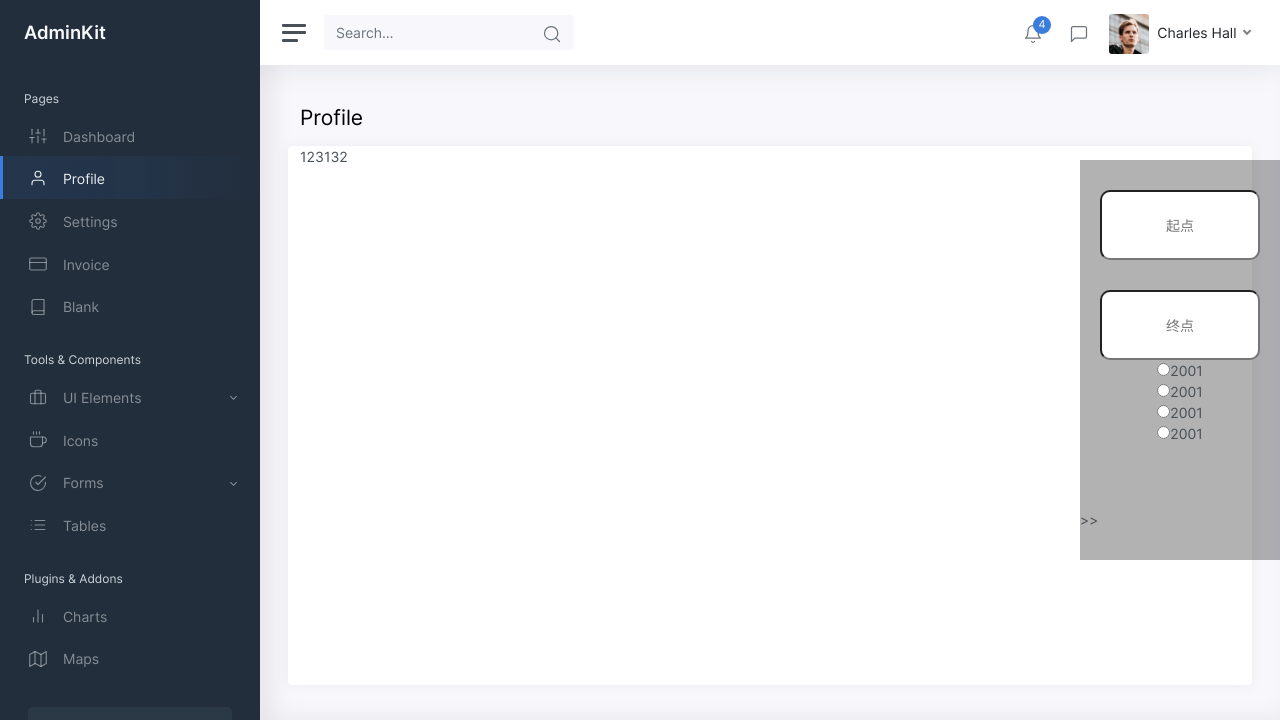
Repository: yuwei0922/WHURS-WGIS
Page: final_project/pages-profile.html
These files come from the project's save history. The page is drawn as it stood at one moment and after the next save; the edit follows.
The browser window is 1280 px wide. The pictures show the whole page.

Above is the page before, as saved 2022-12-21 21:05:00.
Not found: final_project/js/vendor.js

After the next save:
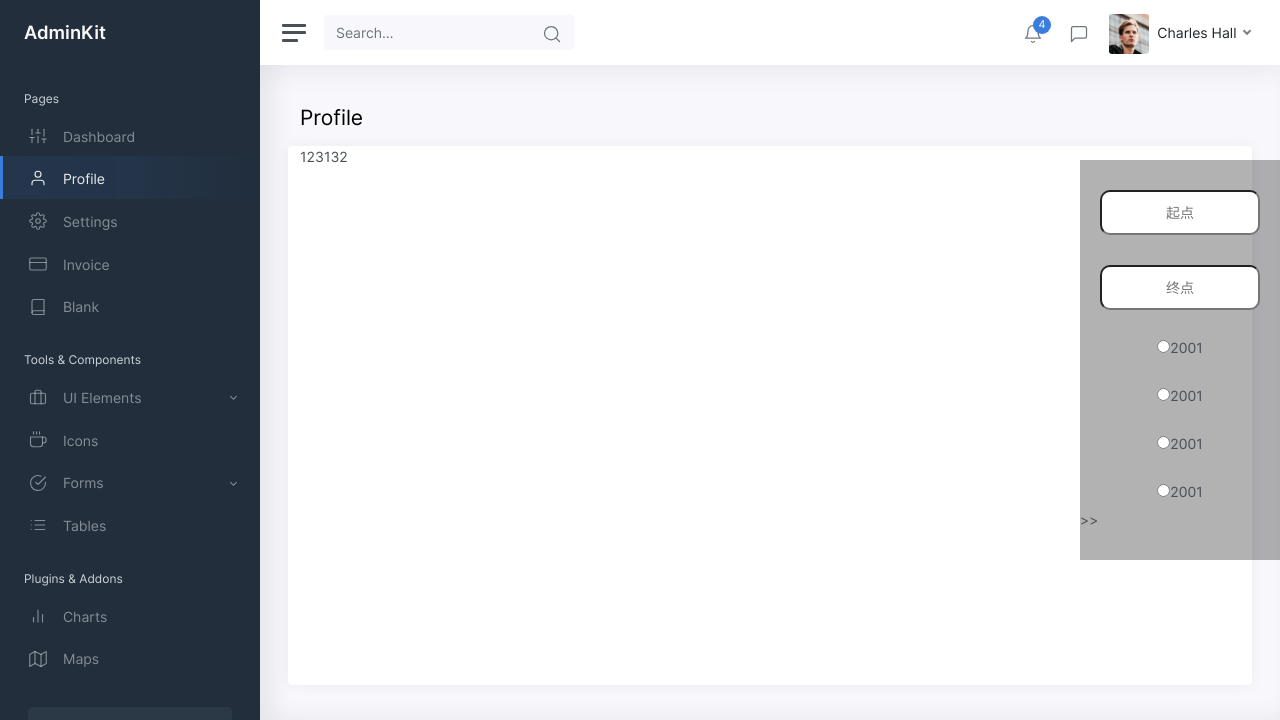
Saved 58 s later.
--- a/final_project/pages-profile.html
+++ b/final_project/pages-profile.html
@@ -311,13 +311,13 @@
 		<input type="text" placeholder="起点" name="ori" class="input-ori">
 		<input type="text" placeholder="终点" name="des" class="input-des">
 		<br>
-		<input type="radio" name="year" id="year" value="2001">2001
+		<input type="radio" name="year" id="year" value="2001" class="radiosel">2001
 		<br>
-		<input type="radio" name="year" id="year" value="2001">2001
+		<input type="radio" name="year" id="year" value="2001" class="radiosel">2001
 		<br>
-		<input type="radio" name="year" id="year" value="2001">2001
+		<input type="radio" name="year" id="year" value="2001" class="radiosel">2001
 		<br>
-		<input type="radio" name="year" id="year" value="2001">2001
+		<input type="radio" name="year" id="year" value="2001" class="radiosel">2001
 		</form>
 		<div class="changedis">>></div>
 	</div>
--- a/final_project/css/content.css
+++ b/final_project/css/content.css
@@ -22,7 +22,7 @@
     width: 80%;
     text-align: center;
     border-radius:10px;
-    height: 70px;
+    height: 45px;
 }
 
 .input-des{
@@ -30,7 +30,11 @@
     width: 80%;
     text-align: center;
     border-radius:10px;
-    height: 70px;
+    height: 45px;
+}
+
+.radiosel{
+    margin-top: 30px;
 }
 
 .changedis{
